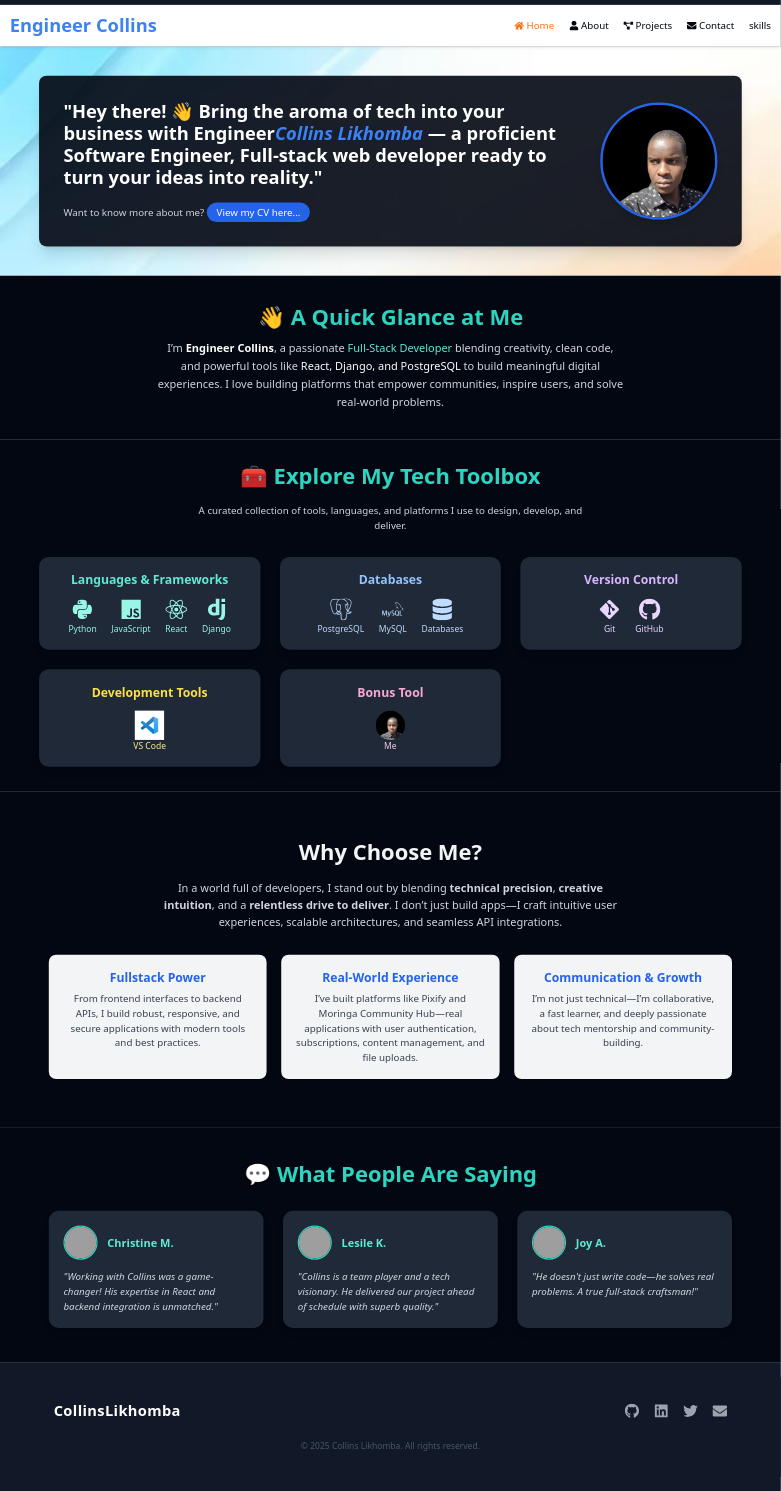
Repository: Engineer-collo/Portfolio
Page: /
An editor plug-in stored every save of this project. The page is shown before and after a run of saves, followed by the edit.
The browser window is 1280 px wide. The pictures show the whole page, at 61% of full size.
Pictures or frames that could not be fetched are drawn as grey boxes. The project was rebuilt for these pictures with package versions that can differ from the ones it lists, and the page was loaded fresh each time. Also part of the build but not shown: vite.config.js, src/pages/About.jsx, src/pages/Projects.jsx, src/pages/Contact.jsx, src/pages/Blog.jsx, src/pages/Skills.jsx.

Above is the page before, as saved 2025-06-10 18:27:07.

After the next 4 saves:
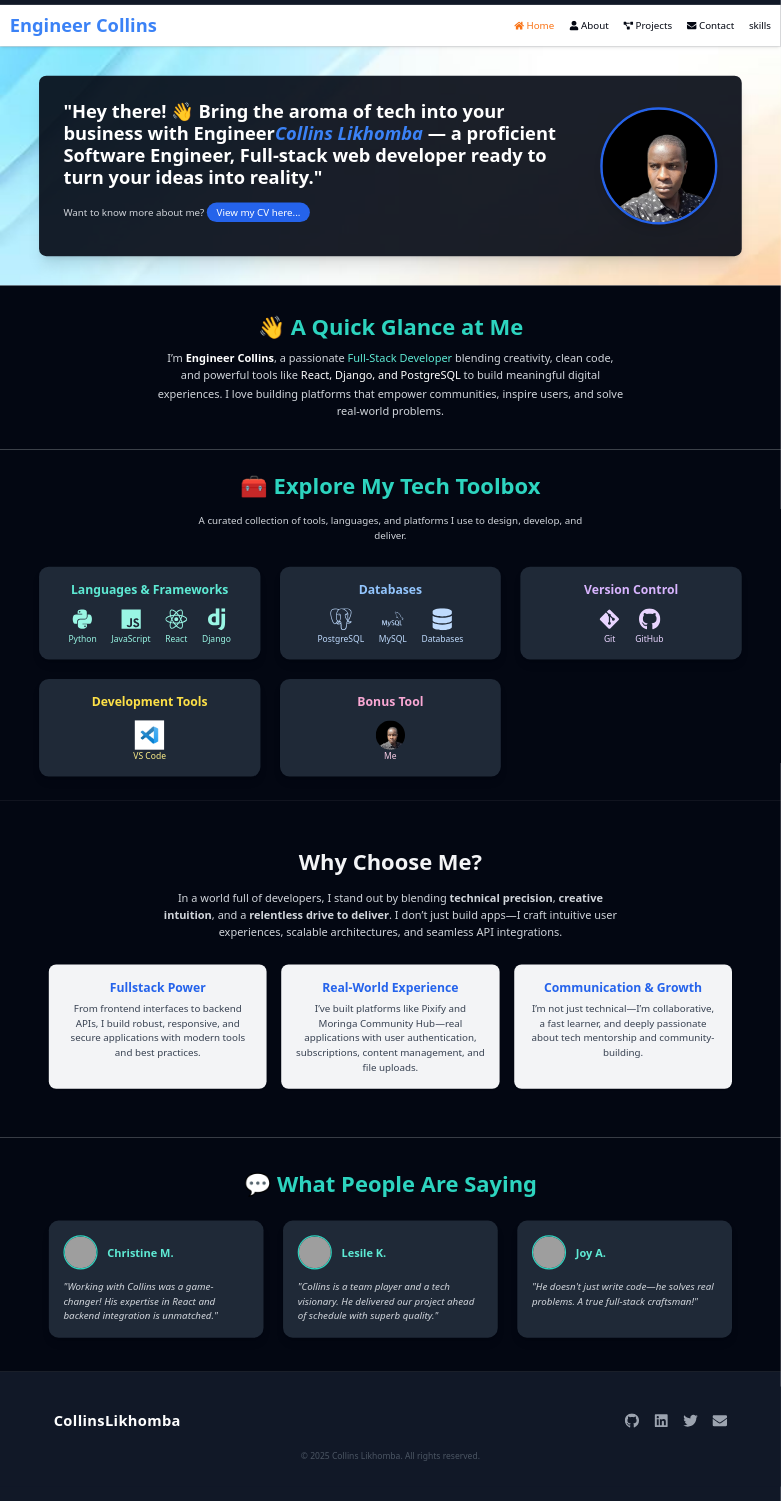
The 4 saves are shown as one change because they came seconds apart.
The last was saved 21 s later.
--- a/src/pages/HomePage.jsx
+++ b/src/pages/HomePage.jsx
@@ -37,7 +37,7 @@ const HomePage = () => {
 
 
             </h1>
-            <p className="pt-6 text-gray-300">
+            <p className="pt-6 pb-4 text-gray-300">
               Want to know more about me?&nbsp;
               <a
                 href="https://my-cv-henna-beta.vercel.app/"
